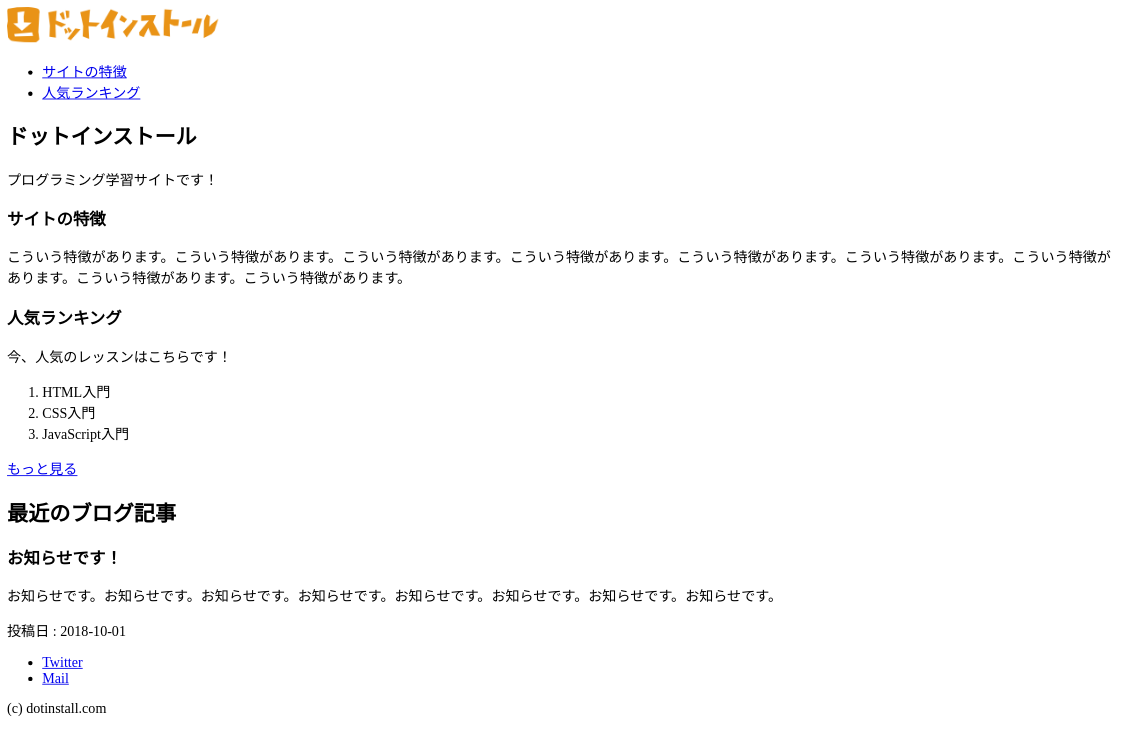
Repository: kojimayu/dotinstall-html
Page: index.html
An editor plug-in stored every save of this project. The page is shown before and after the next save, followed by the edit.
The browser window is 1280 px wide. The pictures show the whole page, at 88% of full size.

Above is the page before, as saved 2019-04-05 10:56:14.

After the next save:
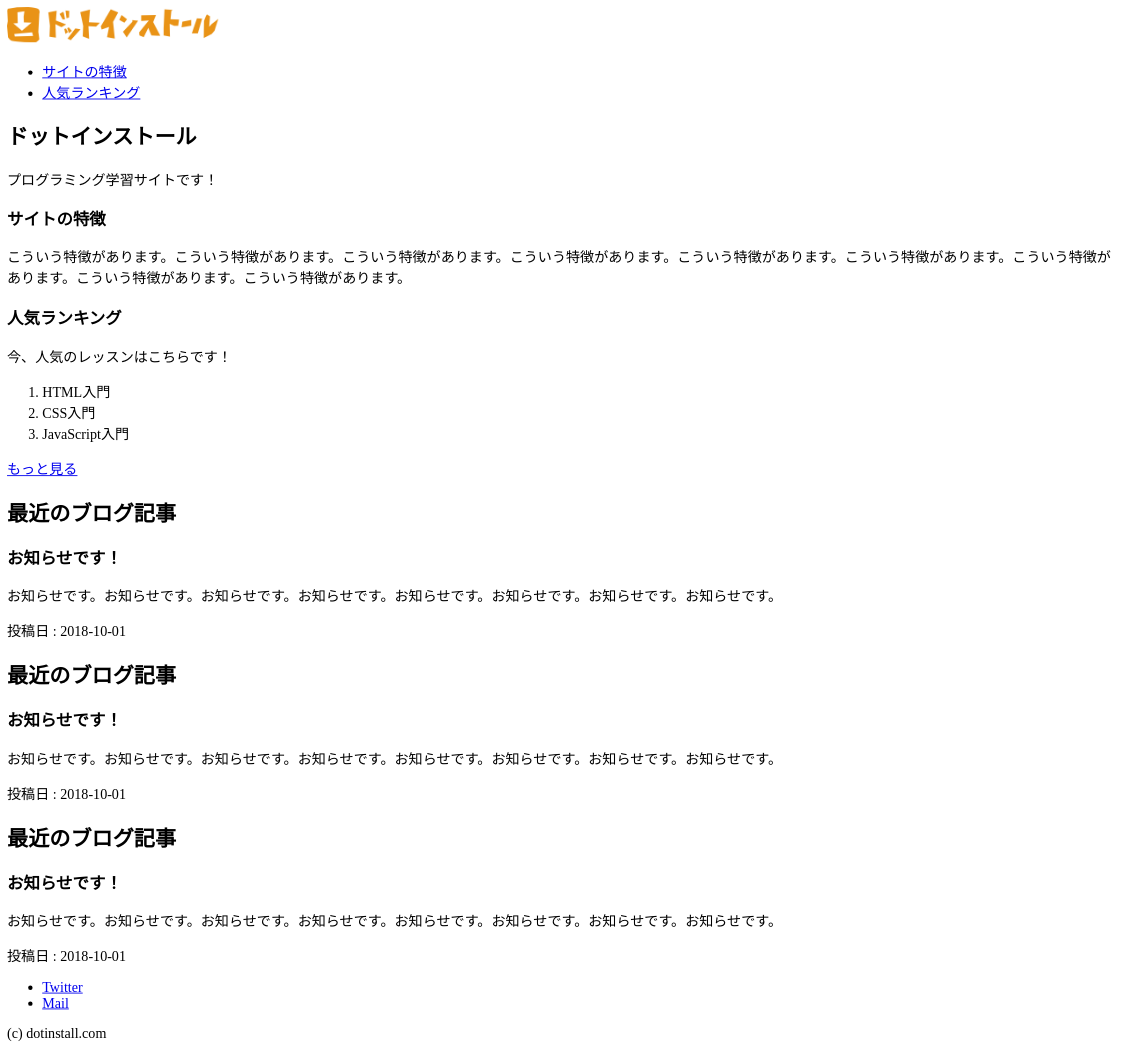
Saved 2 min 52 s later.
--- a/index.html
+++ b/index.html
@@ -52,6 +52,32 @@
       </footer>
     </article>
   </section>
+  <section>
+    <h1>最近のブログ記事</h1>
+    <article>
+      <h1>お知らせです！</h1>
+      <p>お知らせです。お知らせです。お知らせです。お知らせです。お知らせです。お知らせです。お知らせです。お知らせです。</p>
+      <footer>
+        <p>
+          投稿日 :
+          <time>2018-10-01</time>
+        </p>
+      </footer>
+    </article>
+  </section>
+  <section>
+    <h1>最近のブログ記事</h1>
+    <article>
+      <h1>お知らせです！</h1>
+      <p>お知らせです。お知らせです。お知らせです。お知らせです。お知らせです。お知らせです。お知らせです。お知らせです。</p>
+      <footer>
+        <p>
+          投稿日 :
+          <time>2018-10-01</time>
+        </p>
+      </footer>
+    </article>
+  </section>
 
   <footer>
     <ul>
